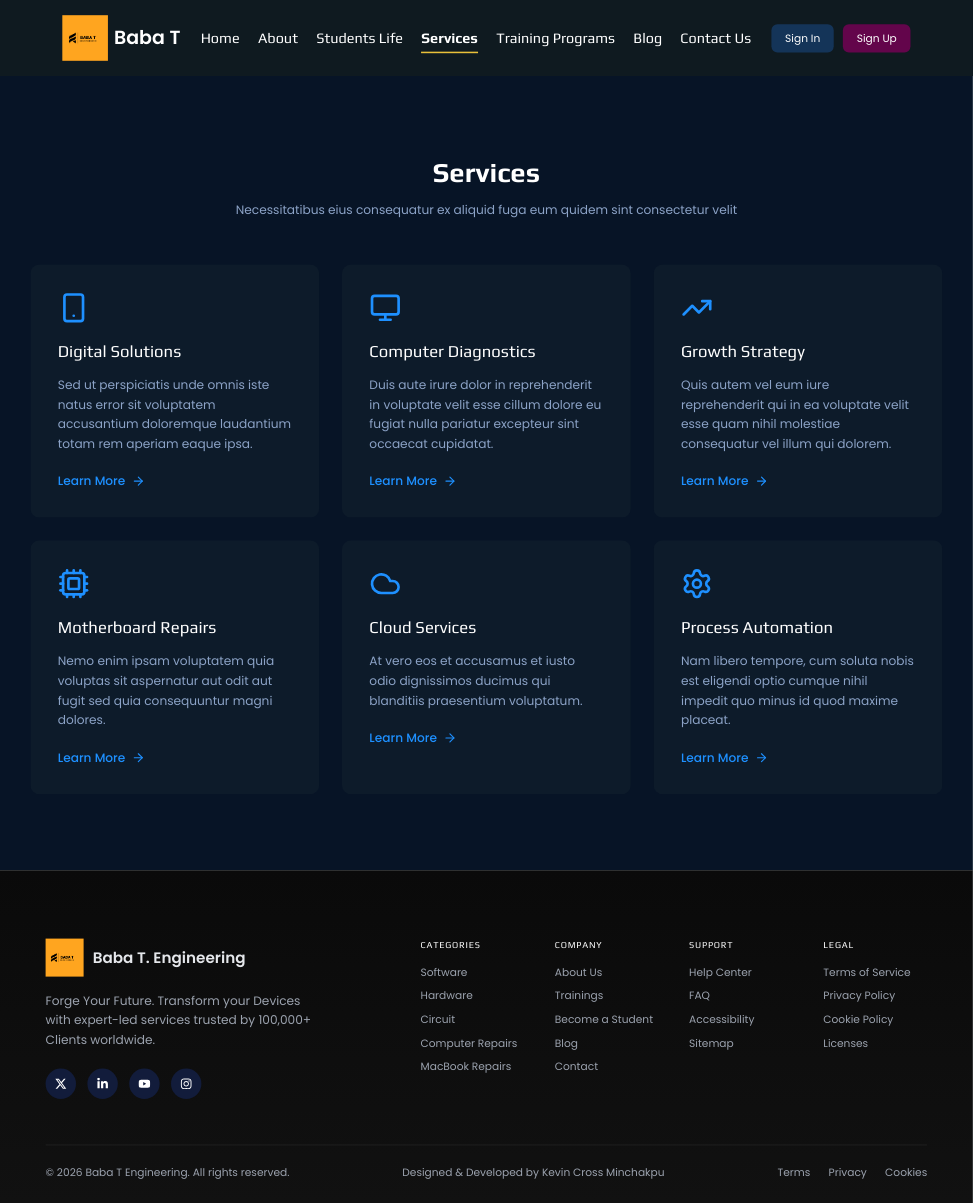
Repository: KC-Minchakpu/babatunde
Page: /services
An editor plug-in stored every save of this project. The page is shown before and after the next save, followed by the edit.
The browser window is 1280 px wide. The pictures show the whole page, at 76% of full size.
The project was rebuilt for these pictures with package versions that can differ from the ones it lists, and the page was loaded fresh each time. The framework's server and built-in components were replaced by stand-ins that run in the browser. Also part of the build but not shown: next.config.ts.

Above is the page before, as saved 2026-02-21 12:49:26.

### src/app/layout.tsx
import type { Metadata } from "next";
import { Play, Poppins } from "next/font/google";
import "./globals.css";
import Header from "@/components/Header/Header";
import Footer from "@/components/Footer/Footer";

const play = Play({
  variable: "--font-play",
  subsets: ["latin"],
  weight: ["400", "700"],
});

const poppins = Poppins({
  variable: "--font-poppins",
  subsets: ["latin"],
  weight: ["400", "500", "600", "700"],
});

export const metadata: Metadata = {
  title: "Baba T Engineering",
  description: "Official web app of Baba T Engineering, a leading engineering company specializing in innovative solutions and cutting-edge technology.",
};

export default function RootLayout({
  children,
}: Readonly<{
  children: React.ReactNode;
}>) {
  return (
    <html lang="en">
      <body
        className={`${play.variable} ${poppins.variable} antialiased`}
      >
        <Header />
        {children}
        <Footer />
      </body>
    </html>
  );
}

### src/app/services/page.tsx
import Services from "@/components/Services/Services";

export default function ServicesPage() {
  return (
    <>
    <Services />
    </>
  );
}

### src/app/globals.css
@import "tailwindcss";

:root {
  --background: #f2fafa;
  --foreground: #1f1e1e;
}

body {
  background: var(--background);
  color: var(--foreground);
  font-family: var(--font-poppins);
}

h1, h2, h3, h4, h5, h6 {
  font-family: var(--font-play);
}

h1 {
  color: red;
  font-size: 35px;
}

### src/components/Header/Header.tsx
"use client";

import Link from "next/link";
import Image from "next/image";
import styles from "./Header.module.css";
import { useState } from "react";
import { usePathname } from "next/navigation";

const Header = () => {
  const [isOpen, setIsOpen] = useState(false);
  const pathname = usePathname();

  const isActive = (path: string) => pathname === path;
  const isAboutActive = () => pathname.startsWith("/about");

  return (
    <header className={styles.header}>
      <div className={styles.container}>
        {/* Logo */}
        <div className={styles.logo}>
          <Link href="/">
            <Image
              src="/images/logo23.png"
              alt="Baba T Logo"
              width={60}
              height={60}
            />
          </Link>
          <span className={styles.logoText}>Baba T</span>
        </div>

        {/* Navigation */}
        <nav className={styles.nav}>
          <Link
            href="/"
            className={isActive("/") ? styles.active : ""}
          >
            Home
          </Link>

          <div
            className={styles.dropdown}
            onMouseEnter={() => setIsOpen(true)}
            onMouseLeave={() => setIsOpen(false)}
          >
            <Link
              href="/about"
              className={`${styles.dropdownToggle} ${
                isAboutActive() ? styles.active : ""
              }`}
            >
              About
            </Link>

            {isOpen && (
              <div className={styles.dropdownMenu}>
                <Link href="/about/history" className={isActive("/about/history") ? styles.active : ""}>
                  Our History
                </Link>
                <Link
                  href="/about/team"
                  className={
                    isActive("/about/team") ? styles.active : ""
                  }
                >
                  Our Team
                </Link>
                <Link href="/about/mission" className={isActive("/about/mission") ? styles.active : ""}>
                  Mission & Vision
                </Link>
                <Link href="/about/values" className={isActive("/about/values") ? styles.active : ""}>
                  Core Values
                </Link>
                <Link href="/about/careers" className={isActive("/about/careers") ? styles.active : ""}>
                  Careers
                </Link>
              </div>
            )}
          </div>

          <Link
            href="/students-life"
            className={
              isActive("/students-life") ? styles.active : ""
            }
          >
            Students Life
          </Link>

          <Link
            href="/services"
            className={isActive("/services") ? styles.active : ""}
          >
            Services
          </Link>

          <Link
            href="/training-programs"
            className={
              isActive("/training-programs") ? styles.active : ""
            }
          >
            Training Programs
          </Link>

          <Link
            href="/blog"
            className={isActive("/blog") ? styles.active : ""}
          >
            Blog
          </Link>

          <Link
            href="/contact"
            className={isActive("/contact") ? styles.active : ""}
          >
            Contact Us
          </Link>
        </nav>

        {/* Auth Buttons */}
        <div className={styles.actions}>
          <button className={styles.signIn}>Sign In</button>
          <button className={styles.signUp}>Sign Up</button>
        </div>
      </div>
    </header>
  );
};

export default Header;

### src/components/Footer/Footer.tsx
"use client";

import Image from "next/image";
import styles from "./Footer.module.css";
import {
  FaXTwitter,
  FaLinkedinIn,
  FaYoutube,
  FaInstagram
} from "react-icons/fa6";

export default function Footer() {
  return (
    <footer className={styles.footer}>
      <div className={styles.container}>
        <div className={styles.topSection}>

          {/* LEFT BRAND AREA */}
          <div className={styles.brand}>
            <div className={styles.logo}>
              <Image
                src="/images/logo23.png"
                alt="Baba T Logo"
                width={50}
                height={50}
              />
              <span>Baba T. Engineering</span>
            </div>

            <p>
              Forge Your Future. Transform your Devices with expert-led services
              trusted by 100,000+ Clients worldwide.
            </p>

            {/* SOCIAL ICONS */}
            <div className={styles.socials}>
              <a href="#" aria-label="Twitter">
                <FaXTwitter />
              </a>
              <a href="#" aria-label="LinkedIn">
                <FaLinkedinIn />
              </a>
              <a href="#" aria-label="YouTube">
                <FaYoutube />
              </a>
              <a href="#" aria-label="Instagram">
                <FaInstagram />
              </a>
            </div>
          </div>

          {/* LINKS GRID */}
          <div className={styles.linksGrid}>
            <div>
              <h4>CATEGORIES</h4>
              <a>Software</a>
              <a>Hardware</a>
              <a>Circuit</a>
              <a>Computer Repairs</a>
              <a>MacBook Repairs</a>
            </div>

            <div>
              <h4>COMPANY</h4>
              <a>About Us</a>
              <a>Trainings</a>
              <a>Become a Student</a>
              <a>Blog</a>
              <a>Contact</a>
            </div>

            <div>
              <h4>SUPPORT</h4>
              <a>Help Center</a>
              <a>FAQ</a>
              <a>Accessibility</a>
              <a>Sitemap</a>
            </div>

            <div>
              <h4>LEGAL</h4>
              <a>Terms of Service</a>
              <a>Privacy Policy</a>
              <a>Cookie Policy</a>
              <a>Licenses</a>
            </div>
          </div>
        </div>

        <div className={styles.divider}></div>

        <div className={styles.bottomBar}>
          <p>© 2026 Baba T Engineering. All rights reserved.</p>
          <p>Designed & Developed by Kevin Cross Minchakpu</p>

          <div className={styles.bottomLinks}>
            <a>Terms</a>
            <a>Privacy</a>
            <a>Cookies</a>
          </div>
        </div>
      </div>
    </footer>
  );
}

### src/components/Services/Services.tsx
"use client";

import styles from "./Services.module.css";
import {
  Smartphone,
  Monitor,
  TrendingUp,
  Cpu,
  Cloud,
  Settings,
  ArrowRight,
} from "lucide-react";

const services = [
  {
    title: "Digital Solutions",
    description:
      "Sed ut perspiciatis unde omnis iste natus error sit voluptatem accusantium doloremque laudantium totam rem aperiam eaque ipsa.",
    icon: Smartphone,
  },
  {
    title: "Computer Diagnostics",
    description:
      "Duis aute irure dolor in reprehenderit in voluptate velit esse cillum dolore eu fugiat nulla pariatur excepteur sint occaecat cupidatat.",
    icon: Monitor,
  },
  {
    title: "Growth Strategy",
    description:
      "Quis autem vel eum iure reprehenderit qui in ea voluptate velit esse quam nihil molestiae consequatur vel illum qui dolorem.",
    icon: TrendingUp,
  },
  {
    title: "Motherboard Repairs",
    description:
      "Nemo enim ipsam voluptatem quia voluptas sit aspernatur aut odit aut fugit sed quia consequuntur magni dolores.",
    icon: Cpu,
  },
  {
    title: "Cloud Services",
    description:
      "At vero eos et accusamus et iusto odio dignissimos ducimus qui blanditiis praesentium voluptatum.",
    icon: Cloud,
  },
  {
    title: "Process Automation",
    description:
      "Nam libero tempore, cum soluta nobis est eligendi optio cumque nihil impedit quo minus id quod maxime placeat.",
    icon: Settings,
  },
];

export default function Services() {
  return (
    <section className={styles.services}>
      <div className={styles.container}>
        <h2 className={styles.title}>Services</h2>

        <p className={styles.subtitle}>
          Necessitatibus eius consequatur ex aliquid fuga eum quidem sint
          consectetur velit
        </p>

        <div className={styles.grid}>
          {services.map((service, index) => {
            const Icon = service.icon;

            return (
              <div key={index} className={styles.card}>
                <Icon className={styles.icon} size={42} />

                <h3>{service.title}</h3>

                <p>{service.description}</p>

                <a href="#" className={styles.link}>
                  Learn More <ArrowRight size={18} />
                </a>
              </div>
            );
          })}
        </div>
      </div>
    </section>
  );
}

### src/components/Header/Header.module.css
.header {
  width: 100%;
  height: 100px;
  background: #0F1A20;
  padding: 20px;
  position: sticky;
  top: 0;
  z-index: 1000;
}

.container {
  width: 90%;
  margin: 0 auto;
  display: flex;
  align-items: center;
  justify-content: space-between;
}

/* Logo */
.logo {
  display: flex;
  align-items: center;
  gap: 8px;
  cursor: pointer;
}

.logoCircle {
  width: 40px;
  height: 40px;
  border-radius: 50%;
  background: linear-gradient(135deg, #8e2de2, #4a00e0);
  display: flex;
  align-items: center;
  justify-content: center;
  color: white;
  font-weight: bold;
}

.logoText {
  font-size: 25px;
  font-weight: 600;
  color: #ffffff;
  font-family: "Poppins", sans-serif;
}

/* Nav */
.nav {
  display: flex;
  align-items: center;
  gap: 24px;
  font-family: 'Play', sans-serif;

}

.nav a,
.dropdownToggle {
  color: #ffffff;
  text-decoration: none;
  font-size: 19px;
  cursor: pointer;
  position: relative;
  transition: color 0.3s ease;
}

.nav a:hover,
.dropdownToggle:hover {
  color: #FFD23F;
}

/* Dropdown */
.dropdown {
  position: relative;
}

.dropdownMenu {
  position: absolute;
  width: 250px;
  top: 35px;
  left: 0;
  background: #0F1A20;
  border-radius: 8px;
  padding: 10px 0;
  min-width: 180px;
  box-shadow: 0 10px 25px rgba(0, 0, 0, 0.15);
  display: flex;
  flex-direction: column;
}

.dropdownMenu a {
  padding: 10px 16px;
  color: #ffffff;
  font-size: 19px;
  text-decoration: none;
  transition: background 0.2s ease;
}

.dropdownMenu a:hover {
  color: #FFD23F;
}

/* Buttons */
.actions {
  display: flex;
  gap: 12px;
}

.signIn {
  padding: 8px 18px;
  border-radius: 8px;
  border: none;
  cursor: pointer;
  color: white;
  background: #143458;
  font-size: 14px;
}

.signUp {
  padding: 8px 18px;
  border-radius: 8px;
  border: none;
  cursor: pointer;
  color: white;
  background: #63054b;
  font-size: 14px;
}

/* Responsive */
@media (max-width: 1024px) {
  .nav {
    display: none;
  }
}

.active {
  color: #f1b32b;
  font-weight: 600;
  position: relative;
}

.active::after {
  content: "";
  position: absolute;
  left: 0;
  bottom: -6px;
  width: 100%;
  height: 2px;
  background-color: #e9c03a;
}

### src/components/Footer/Footer.module.css
.footer {
  background: linear-gradient(
    180deg,
    #0a0a0a,
    #111111
  );
  color: #e5e7eb;
  padding: 90px 0 30px;
}

.container {
  max-width: 1200px;
  margin: 0 auto;
  padding: 0 20px;
}

/* TOP SECTION */
.topSection {
  display: flex;
  justify-content: space-between;
  gap: 60px;
}

/* BRAND */
.brand {
  flex: 1.3;
}

.logo {
  display: flex;
  align-items: center;
  gap: 12px;
  font-weight: 600;
  font-size: 20px;
  margin-bottom: 20px;
}

.logoBox {
  width: 34px;
  height: 34px;
  border-radius: 10px;
  background: linear-gradient(135deg, #14b8a6, #f97316);
}

.brand p {
  color: #9ca3af;
  line-height: 1.6;
  margin-bottom: 24px;
  max-width: 350px;
}

/* =========================
   SOCIAL ICONS
========================= */
.socials {
  display: flex;
  gap: 15px;
  margin-top: 20px;
}

.socials a {
  width: 40px;
  height: 40px;
  background: #121c3b;
  border-radius: 50%;
  display: flex;
  align-items: center;
  justify-content: center;
  color: #ffffff;
  font-size: 16px;
  transition: all 0.3s ease;
}

.socials a:hover {
  background: #f8af28;
  transform: translateY(-4px);
}


/* LINKS GRID */
.linksGrid {
  flex: 2;
  display: grid;
  grid-template-columns: repeat(4, 1fr);
  gap: 40px;
}

.linksGrid h4 {
  font-size: 12px;
  letter-spacing: 1px;
  margin-bottom: 16px;
  color: #ffffff;
}

.linksGrid a {
  display: block;
  font-size: 14px;
  color: #9ca3af;
  margin-bottom: 10px;
  cursor: pointer;
  transition: color 0.3s ease;
}

.linksGrid a:hover {
  color: #ffffff;
}

/* DIVIDER */
.divider {
  height: 1px;
  background: rgba(255, 255, 255, 0.08);
  margin: 60px 0 25px;
}

/* BOTTOM BAR */
.bottomBar {
  display: flex;
  justify-content: space-between;
  align-items: center;
  font-size: 14px;
  color: #9ca3af;
}

.bottomLinks {
  display: flex;
  gap: 24px;
}

.bottomLinks a {
  cursor: pointer;
  transition: color 0.3s ease;
}

.bottomLinks a:hover {
  color: white;
}

/* RESPONSIVE */
@media (max-width: 1024px) {
  .topSection {
    flex-direction: column;
    gap: 50px;
  }

  .linksGrid {
    grid-template-columns: repeat(2, 1fr);
  }

  .bottomBar {
    flex-direction: column;
    gap: 15px;
    text-align: center;
  }
}

@media (max-width: 600px) {
  .linksGrid {
    grid-template-columns: 1fr;
  }
}

### src/components/Services/Services.module.css
.services {
  background: #071426;
  padding: 100px 20px;
  color: white;
}

.container {
  max-width: 1200px;
  margin: auto;
  text-align: center;
}

.title {
  font-size: 36px;
  font-weight: 700;
  margin-bottom: 10px;
}

.subtitle {
  color: #8ca3c7;
  margin-bottom: 60px;
}

.grid {
  display: grid;
  grid-template-columns: repeat(auto-fit, minmax(320px, 1fr));
  gap: 30px;
}

.card {
  background: #0d1b2a;
  padding: 35px;
  border-radius: 12px;
  text-align: left;

  transition: all 0.3s ease;

  border: 1px solid transparent;
}

.card:hover {
  transform: translateY(-8px);
  border-color: #1e90ff;
}

.icon {
  color: #1e90ff;
  margin-bottom: 20px;

}

.card h3 {
  margin-bottom: 15px;
  font-size: 22px;
}

.card p {
  color: #8ca3c7;
  margin-bottom: 25px;
  line-height: 1.6;
}

.link {
  display: inline-flex;
  align-items: center;
  gap: 8px;

  color: #1e90ff;
  text-decoration: none;
  font-weight: 500;
}

.link:hover {
  text-decoration: underline;
}

After the next save:
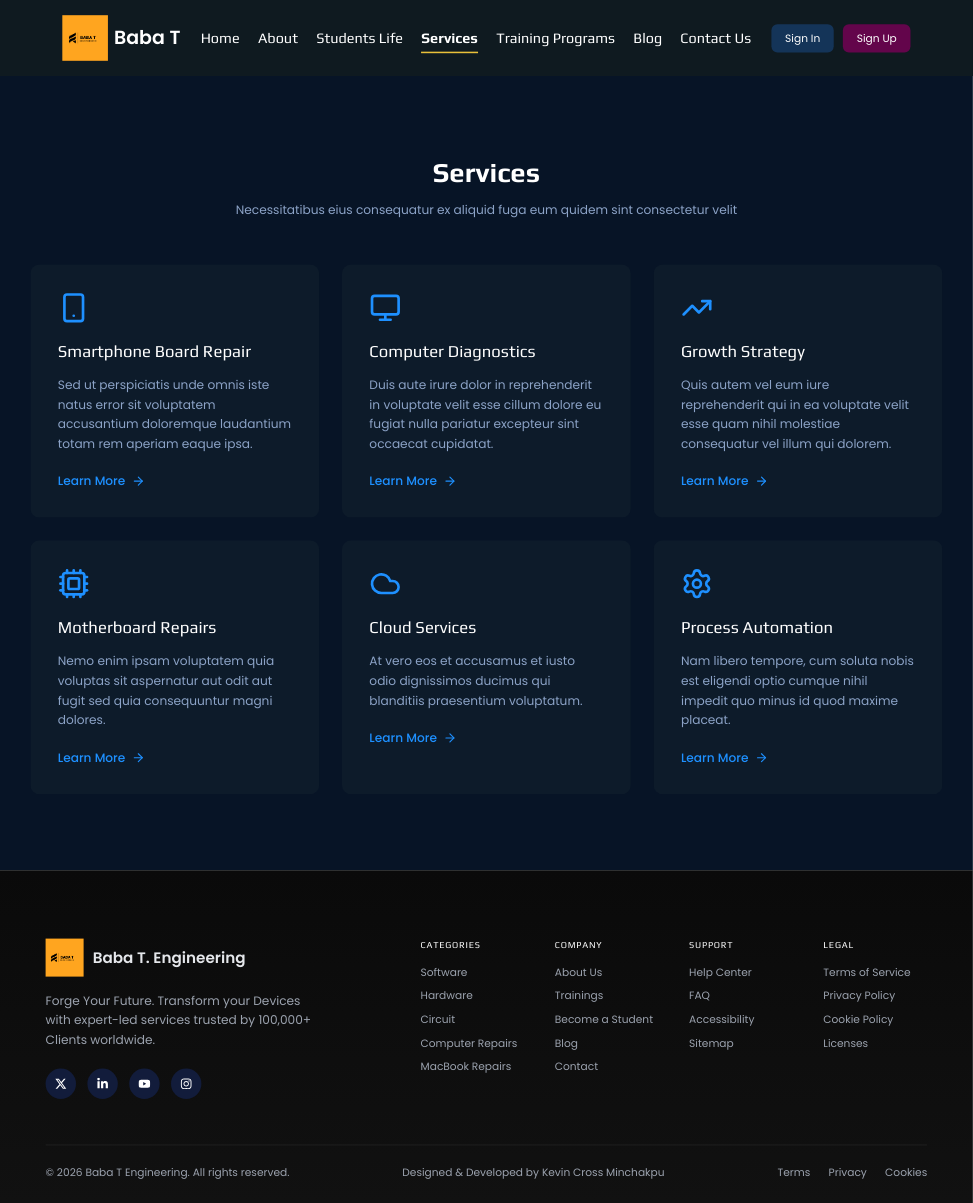
Saved 27 s later.
--- a/src/components/Services/Services.tsx
+++ b/src/components/Services/Services.tsx
@@ -13,7 +13,7 @@
 
 const services = [
   {
-    title: "Digital Solutions",
+    title: "Smartphone Board Repair",
     description:
       "Sed ut perspiciatis unde omnis iste natus error sit voluptatem accusantium doloremque laudantium totam rem aperiam eaque ipsa.",
     icon: Smartphone,
